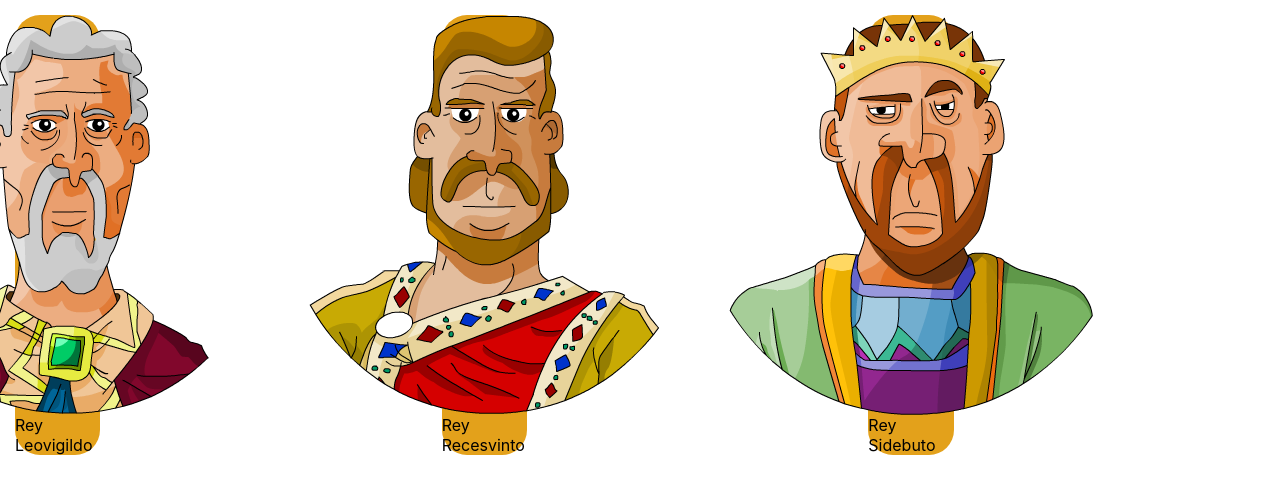
Repository: abgdev1997/ejercicios-react
Page: /
An editor plug-in stored every save of this project. The page is shown before and after the next save, followed by the edit.
The browser window is 1280 px wide. The pictures show the whole page.
The project was rebuilt for these pictures with package versions that can differ from the ones it lists, and the page was loaded fresh each time.

Above is the page before, as saved 2022-02-22 09:48:14.

After the next save:
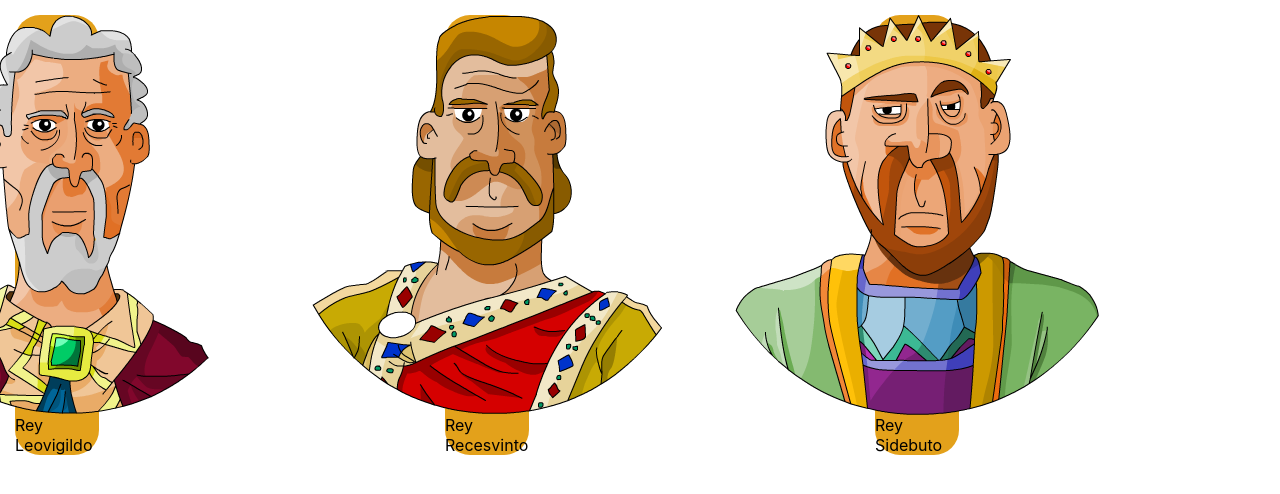
Saved 25 s later.
--- a/src/App.css
+++ b/src/App.css
@@ -1,6 +1,7 @@
 .App{
   display: grid;
   grid-template-columns: repeat(3, 1fr);
+  grid-gap: 10px;
 }
 
 .img{

After the save that followed:
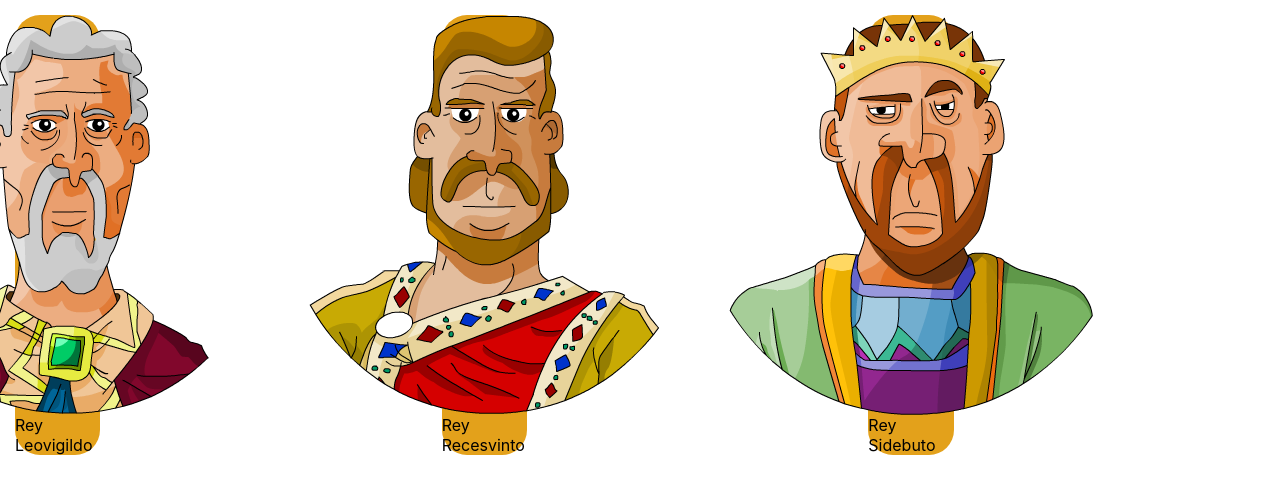
Saved 22 s later.
--- a/src/App.css
+++ b/src/App.css
@@ -1,7 +1,7 @@
 .App{
   display: grid;
   grid-template-columns: repeat(3, 1fr);
-  grid-gap: 10px;
+  grid-auto-rows: minmax(100px, auto);
 }
 
 .img{
